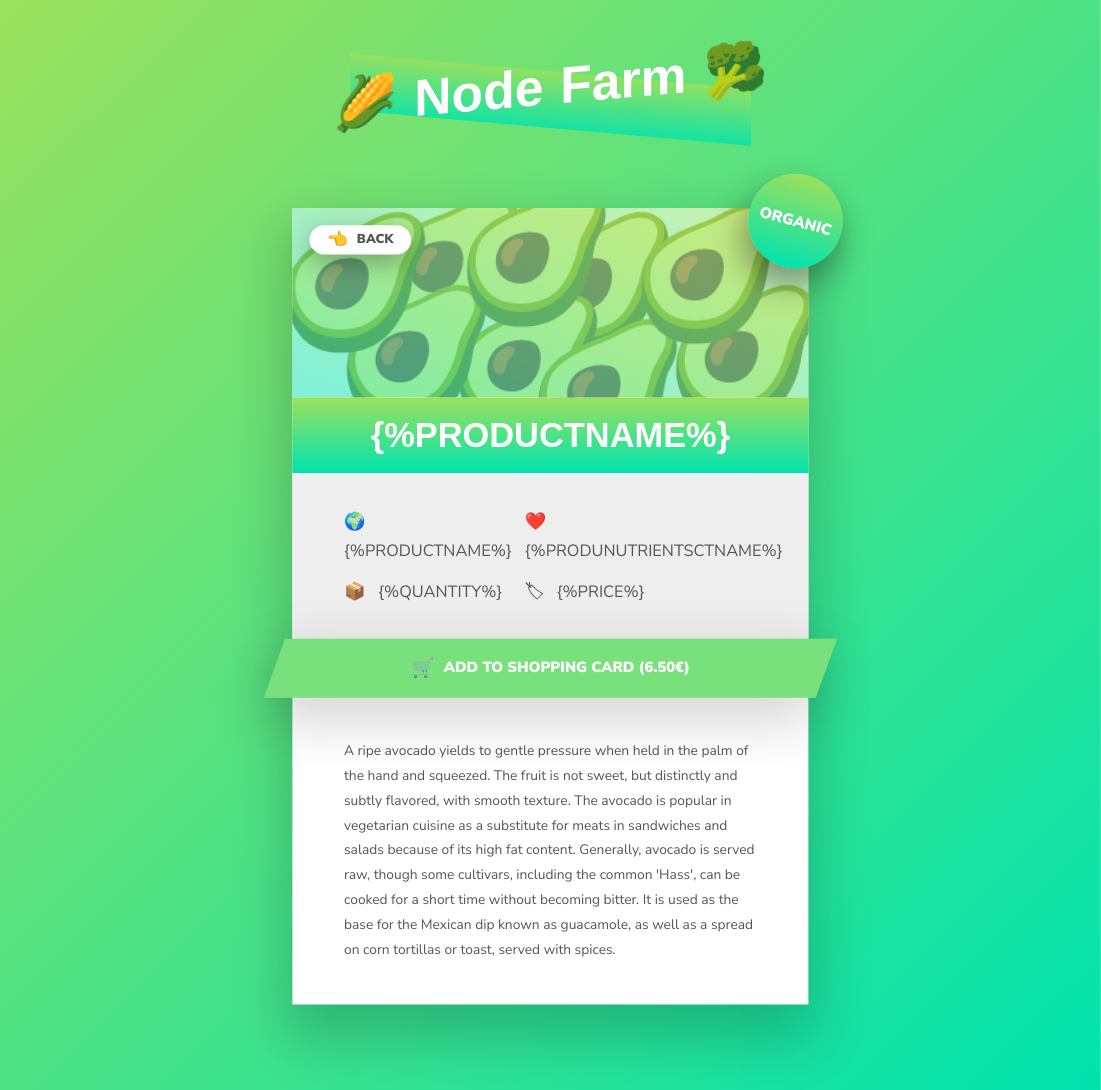
Repository: Kaii-Dev/NODEJS-by-JONAS
Page: 1-node-farm/starter/templates/product.html
The author's editor kept a copy of each file at every save. The page is drawn from the files as they stood at one save, then again after the next save.
The browser window is 1280 px wide. The pictures show the whole page, at 86% of full size.
Some web fonts or font styles are not loaded; a fallback is used.

Above is the page before, as saved 2022-08-03 13:47:15.

After the next save:
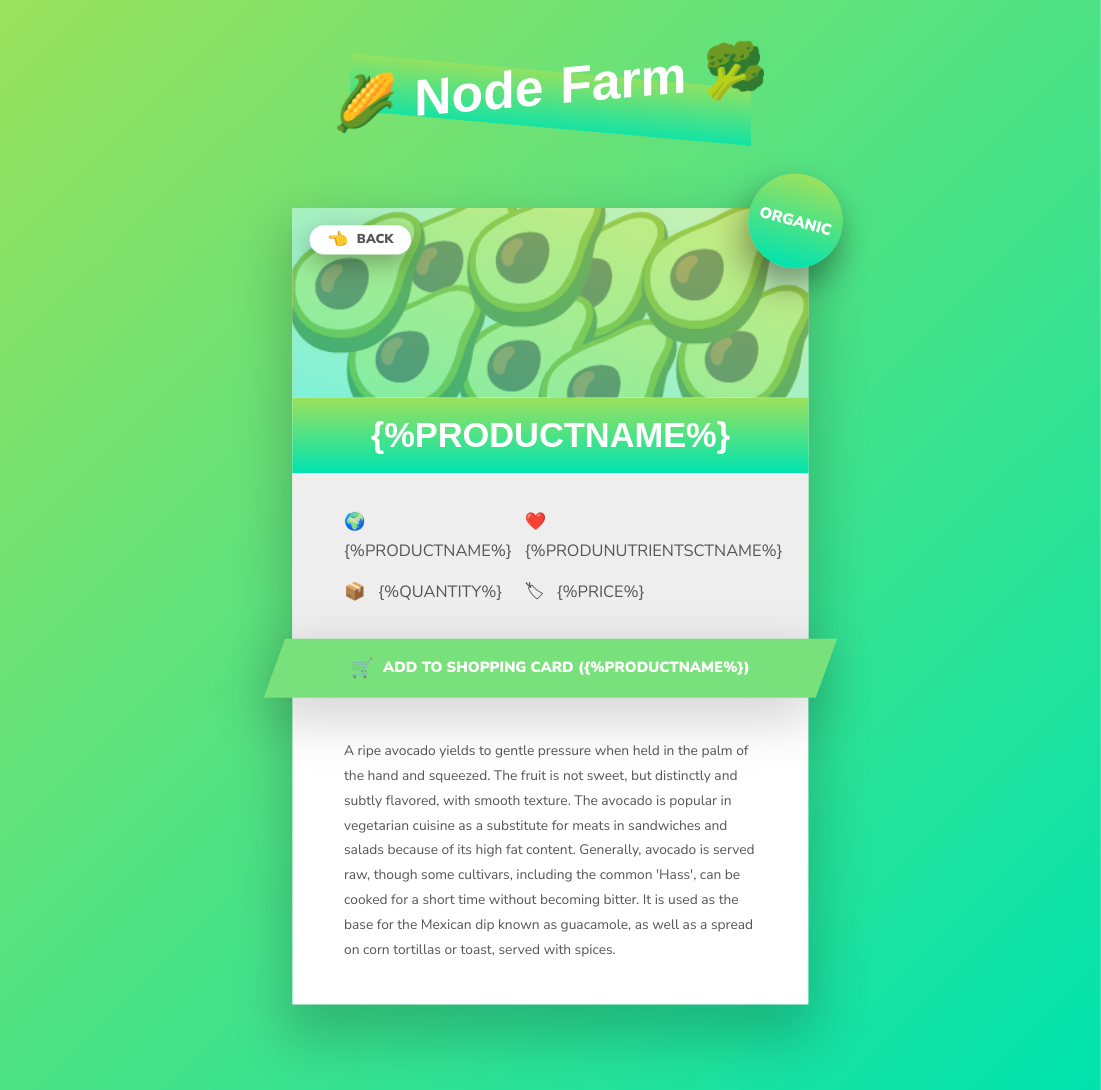
Saved 9 s later.
--- a/1-node-farm/starter/templates/product.html
+++ b/1-node-farm/starter/templates/product.html
@@ -295,7 +295,7 @@
 
         <a href="#" class="product__link">
           <span class="emoji-left">🛒</span>
-          <span>Add to shopping card (6.50€)</span>
+          <span>Add to shopping card ({%PRODUCTNAME%})</span>
         </a>
 
         <p class="product__description">
